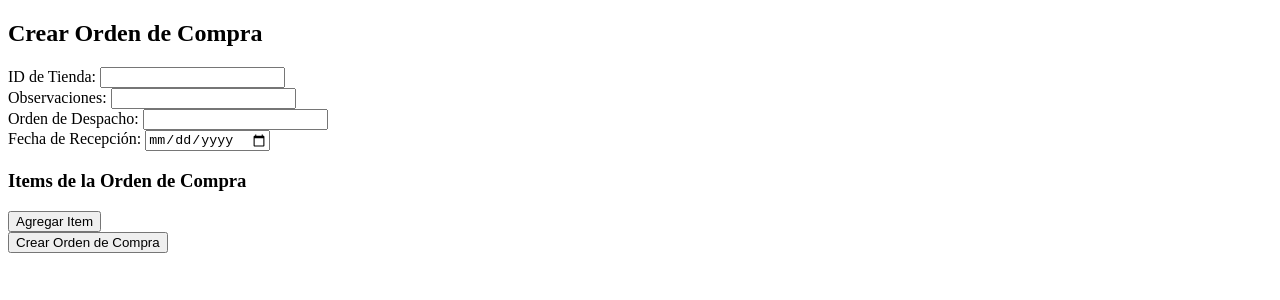
Repository: shulenn/tpKakfa-grupo10
Page: http://localhost/crear_oc
The author's editor kept a copy of each file at every save. The page is drawn from the files as they stood at one save, then again after the next save.
The browser window is 1280 px wide. The pictures show the whole page.
The page is this project's Thymeleaf template; nobody is signed in. The template is opened directly, without the code that normally fills it, so the values that code supplies are empty.

Above is the page before, as saved 2024-10-28 21:44:42.

### tpKakfa-grupo10/src/main/resources/templates/crear_oc.html
<!DOCTYPE html>
<html lang="es">
<head>
    <meta charset="UTF-8">
    <meta name="viewport" content="width=device-width, initial-scale=1.0">
    <title>Crear Orden de Compra</title>
</head>
<body>
    <h2>Crear Orden de Compra</h2>
    <form id="ordenCompraForm">
        <label for="tiendaId">ID de Tienda:</label>
        <input type="number" id="tiendaId" name="tiendaId" required><br>

        <label for="observaciones">Observaciones:</label>
        <input type="text" id="observaciones" name="observaciones"><br>

        <label for="ordenDespacho">Orden de Despacho:</label>
        <input type="text" id="ordenDespacho" name="ordenDespacho"><br>

        <label for="fechaRecepcion">Fecha de Recepción:</label>
        <input type="date" id="fechaRecepcion" name="fechaRecepcion"><br>

        <h3>Items de la Orden de Compra</h3>
        <div id="itemsContainer">
            <!-- Aquí se agregarán dinámicamente los items -->
        </div>
        <button type="button" onclick="agregarItem()">Agregar Item</button><br>

        <button type="submit">Crear Orden de Compra</button>
    </form>

    <script src="https://cdn.jsdelivr.net/npm/axios/dist/axios.min.js"></script>
    <script src="/js/ordenCompra.js"></script>
</body>
</html>

### tpKakfa-grupo10/src/main/resources/static/js/ordenCompra.js
// Agregar un nuevo item al formulario
function agregarItem() {
    const itemsContainer = document.getElementById("itemsContainer");
    const itemDiv = document.createElement("div");

    itemDiv.innerHTML = `
        <label>Producto ID:</label>
        <input type="number" name="productoId" required>
        <label>Cantidad:</label>
        <input type="number" name="cantidad" required>
        <br><br>
    `;

    itemsContainer.appendChild(itemDiv);
}

// Manejar la creación de la orden de compra
document.getElementById("ordenCompraForm").addEventListener("submit", async function (event) {
    event.preventDefault();

    const tiendaId = document.getElementById("tiendaId").value;
    const observaciones = document.getElementById("observaciones").value;
    const ordenDespacho = document.getElementById("ordenDespacho").value;
    const fechaRecepcion = document.getElementById("fechaRecepcion").value;

    const items = Array.from(document.getElementById("itemsContainer").children).map(itemDiv => {
        return {
            productoId: itemDiv.querySelector("input[name='productoId']").value,
            cantidad: itemDiv.querySelector("input[name='cantidad']").value
        };
    });

    const ordenCompra = {
        tiendaId: parseInt(tiendaId),
        observaciones,
        ordenDespacho,
        fechaRecepcion,
        itemsOrdenCompra: items,
        pausada: false
    };

    try {
        const response = await axios.post("http://localhost:8080/ordenes-compra", ordenCompra);
        alert("Orden de compra creada con éxito: " + JSON.stringify(response.data));
    } catch (error) {
        alert("Error al crear la orden de compra: " + error.response.data);
    }
});

After the next save:
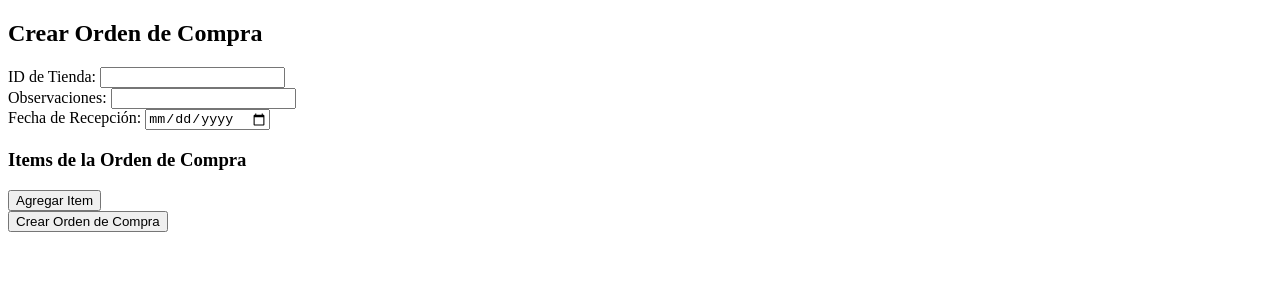
Saved 2 min 58 s later.
--- a/tpKakfa-grupo10/src/main/resources/templates/crear_oc.html
+++ b/tpKakfa-grupo10/src/main/resources/templates/crear_oc.html
@@ -13,9 +13,6 @@
 
         <label for="observaciones">Observaciones:</label>
         <input type="text" id="observaciones" name="observaciones"><br>
-
-        <label for="ordenDespacho">Orden de Despacho:</label>
-        <input type="text" id="ordenDespacho" name="ordenDespacho"><br>
 
         <label for="fechaRecepcion">Fecha de Recepción:</label>
         <input type="date" id="fechaRecepcion" name="fechaRecepcion"><br>
